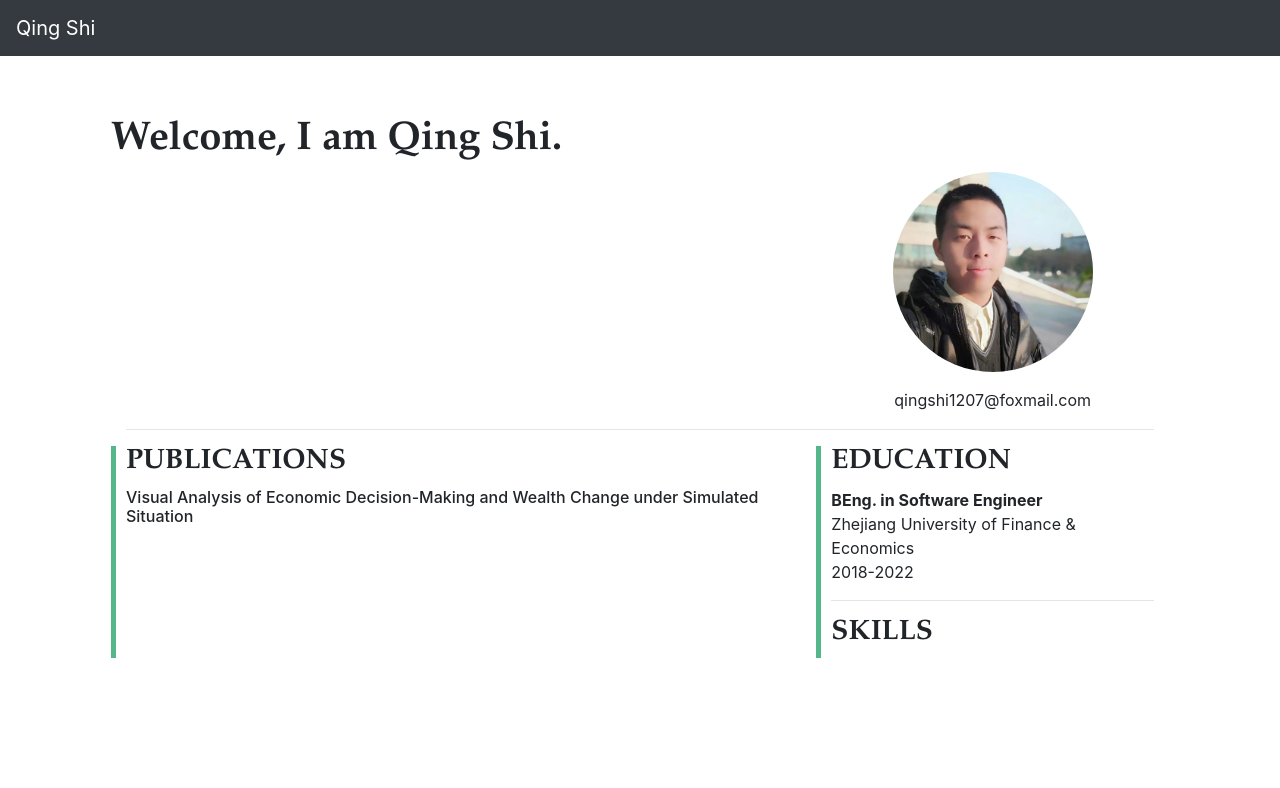
Repository: sqsssq/webpage
Page: index.html
The author's editor kept a copy of each file at every save. The page is drawn from the files as they stood at one save, then again after the next save.
The browser window is 1280 px wide. The pictures show the whole page.
Some web libraries are served in a nearby version.

Above is the page before, as saved 2022-03-28 01:19:42.

### index.html
<!--
 * @Author: Qing Shi
 * @LastEditTime: 2022-03-28 01:00:41
 * @Knowledge:
 * @Description: my homepage
 * @Attention:
-->
<!doctype html>
<html lang="zh-CN">

<head>
    <!-- 必须的 meta 标签 -->
    <meta charset="utf-8">
    <meta name="viewport" content="width=device-width, initial-scale=1, shrink-to-fit=no">
    <title>Qing Shi</title>

    <!-- 新 Bootstrap4 核心 CSS 文件 -->
    <link rel="stylesheet" href="https://cdn.staticfile.org/twitter-bootstrap/4.3.1/css/bootstrap.min.css">

    <!-- jQuery文件。务必在bootstrap.min.js 之前引入 -->
    <script src="https://cdn.staticfile.org/jquery/3.2.1/jquery.min.js"></script>

    <!-- bootstrap.bundle.min.js 用于弹窗、提示、下拉菜单，包含了 popper.min.js -->
    <script src="https://cdn.staticfile.org/popper.js/1.15.0/umd/popper.min.js"></script>

    <!-- 最新的 Bootstrap4 核心 JavaScript 文件 -->
    <script src="https://cdn.staticfile.org/twitter-bootstrap/4.3.1/js/bootstrap.min.js"></script>

    <link rel="stylesheet" href="css/index.css">
    <link rel="shortcut icon" href="icon/bitbug_favicon.ico" />
</head>

<body>

    <nav class="navbar  navbar-dark bg-dark">
        <a class="navbar-brand" href="#">
            Qing Shi
        </a>

        <!-- <button type="button" class="btn btn-outline-primary">中/EN</button> -->
    </nav>

    <div class="container framework">
        <!-- Image and text -->
        <div class="webHeader row">
            <h1 id="ToptitleFont">Welcome, I am Qing Shi.</h1>
            <!-- <hr> -->
            <div class="webIntroduction col-lg-8">
            </div>

            <div class="webPhoto col-lg-4">
                <img src="photo/sq3.jpg">
                <div class="info">
                    <!-- <svg class="svg-inline--fa fa-envelope-square fa-w-14 fa-fw fa-lg mr-2" aria-hidden="true" focusable="false" data-prefix="fas" data-icon="envelope-square" role="img" xmlns="http://www.w3.org/2000/svg" viewBox="0 0 448 512" data-fa-i2svg=""><path fill="currentColor" d="M400 32H48C21.49 32 0 53.49 0 80v352c0 26.51 21.49 48 48 48h352c26.51 0 48-21.49 48-48V80c0-26.51-21.49-48-48-48zM178.117 262.104C87.429 196.287 88.353 196.121 64 177.167V152c0-13.255 10.745-24 24-24h272c13.255 0 24 10.745 24 24v25.167c-24.371 18.969-23.434 19.124-114.117 84.938-10.5 7.655-31.392 26.12-45.883 25.894-14.503.218-35.367-18.227-45.883-25.895zM384 217.775V360c0 13.255-10.745 24-24 24H88c-13.255 0-24-10.745-24-24V217.775c13.958 10.794 33.329 25.236 95.303 70.214 14.162 10.341 37.975 32.145 64.694 32.01 26.887.134 51.037-22.041 64.72-32.025 61.958-44.965 81.325-59.406 95.283-70.199z"></path></svg> -->
                    qingshi1207@foxmail.com
                </div>
            </div>
        </div>
        <hr>
        <div class="webMain row">
            <div class="col-lg-8">
                <div id="webPublication">
                    <h3 id="titleFont">
                        PUBLICATIONS
                    </h3>
                    <div class="totalPublic">
                        <div class="pubic">
                            <h6>Visual Analysis of Economic Decision-Making and Wealth Change under Simulated Situation</h6>
                        </div>
                    </div>
                </div>
            </div>
            <div class="col-lg-4">
                <div id="webEducation">
                    <h3 id="titleFont">
                        <!-- ::before -->
                        EDUCATION
                    </h3>
                    <a style="font-weight: bold;">BEng. in Software Engineer</a>
                    <br>
                    Zhejiang University of Finance & Economics
                    <br>
                    2018-2022
                </div>
                <hr>
                <div id="webSkill">
                    <h3 id="titleFont">SKILLS</h3>
                </div>
            </div>
        </div>
</body>

</html>

### css/index.css
* {
    margin: 0;
    padding: 0;
}

body {
    /* font-family:Georia,serif; */
    background: #ffffff;
    /* font-weight:bold; */
    /* font-size:15px; */
    /* color:#333;
    overflow: hidden; */
    -webkit-font-smoothing: antialiased;
}

.framework {
    /* height: 1000px; */
    margin-top: 30px;
    margin-bottom: 100px;
    padding: 30px 30px 30px 30px;
    width: 85%;
    /* border-color: black; */
    /* border-width: 3px; */
    /* border-style: solid; */
    /* box-shadow: darkgrey 0px 0px 30px 5px ; */
}

*, *::before, *::after {
    box-sizing: border-box;
}

#ToptitleFont {
    /* Garamond */
    font-family: Garamond;
    font-weight: bold;
}

#titleFont {
    /* Garamond */
    font-family: Garamond;
    font-weight: bold;
}


#titleFont:before {
    content: "";
    display: inline-block;
    width: 5px;
    height: 100%;
    background: #54b689;
    position: absolute;
    left: 0;
    top: 0;
}

.webPhoto {
    /* align-items: center; */
    /* background-color: aqua; */
    display: flex;
    flex-direction: column;
    justify-content: center;
    align-items: center;
}

.webPhoto img {
    border-radius: 50%;
}

img {
    vertical-align: middle;
    border-style: none;
    height: 200px;
    width: 200px;
}

.webPhoto .info {
    margin-top: 15px;
    text-align: center;
    line-height: 1.64;
}

/*chrome--------------------------------------------start*/
::-webkit-scrollbar {
    width: 8px;
    height: 8px;
}

/* Track */
::-webkit-scrollbar-track {
    background: #ffffff;
    border-radius: 8px;
}

/* Handle */
::-webkit-scrollbar-thumb {
    background: rgb(201, 201, 202);
    border-radius: 8px;
}

/* Handle on hover */
::-webkit-scrollbar-thumb:hover {
    background: rgb(162, 162, 163);
}

.el-menu::-webkit-scrollbar,
.el-table__body-wrapper::-webkit-scrollbar {
    display: none;
}

.el-menu:hover::-webkit-scrollbar,
.el-table__body-wrapper:hover::-webkit-scrollbar {
    display: block;
}

/*chrome--------------------------------------------end*/

After the next save:
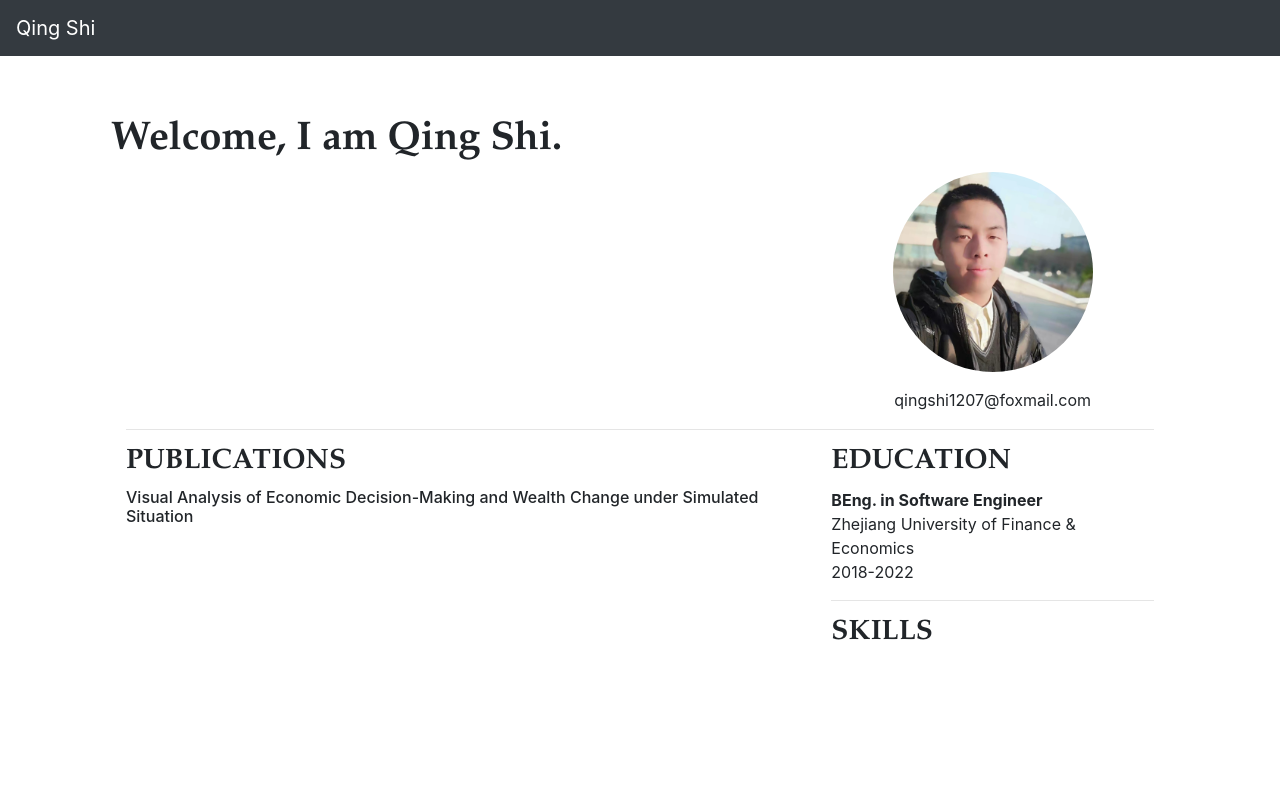
Saved 9 s later.
--- a/css/index.css
+++ b/css/index.css
@@ -42,7 +42,7 @@ body {
 }
 
 
-#titleFont:before {
+/* #titleFont:before {
     content: "";
     display: inline-block;
     width: 5px;
@@ -51,7 +51,7 @@ body {
     position: absolute;
     left: 0;
     top: 0;
-}
+} */
 
 .webPhoto {
     /* align-items: center; */
